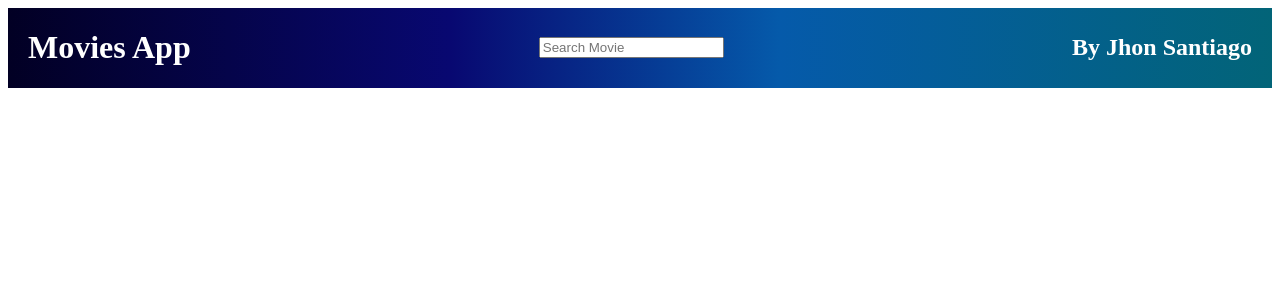
Repository: jhonenmanuel1/movies-get-info-fetch
Page: /
The author's editor kept a copy of each file at every save. The page is drawn from the files as they stood at one save, then again after the next save.
The browser window is 1280 px wide. The pictures show the whole page.
The page's requests for data from a server got no answer. The project was rebuilt for these pictures with package versions that can differ from the ones it lists, and the page was loaded fresh each time. No one was signed in, and anything a server would have sent is missing. Also part of the build but not shown: src/App.css.

Above is the page before, as saved 2022-06-15 22:21:03.

After the next save:
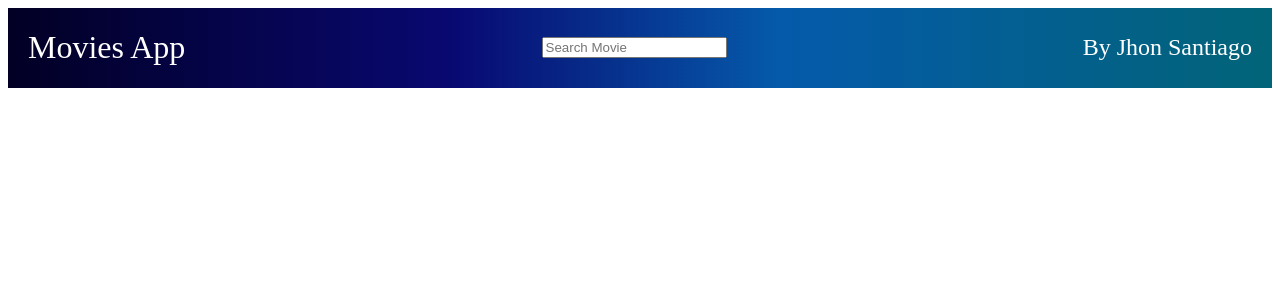
Saved 2 min 38 s later.
--- a/src/styles/MovieHeader.css
+++ b/src/styles/MovieHeader.css
@@ -20,4 +20,5 @@
 .text-title {
     text-decoration: none;
     font-size: 200;
+    font-weight: normal
 }
